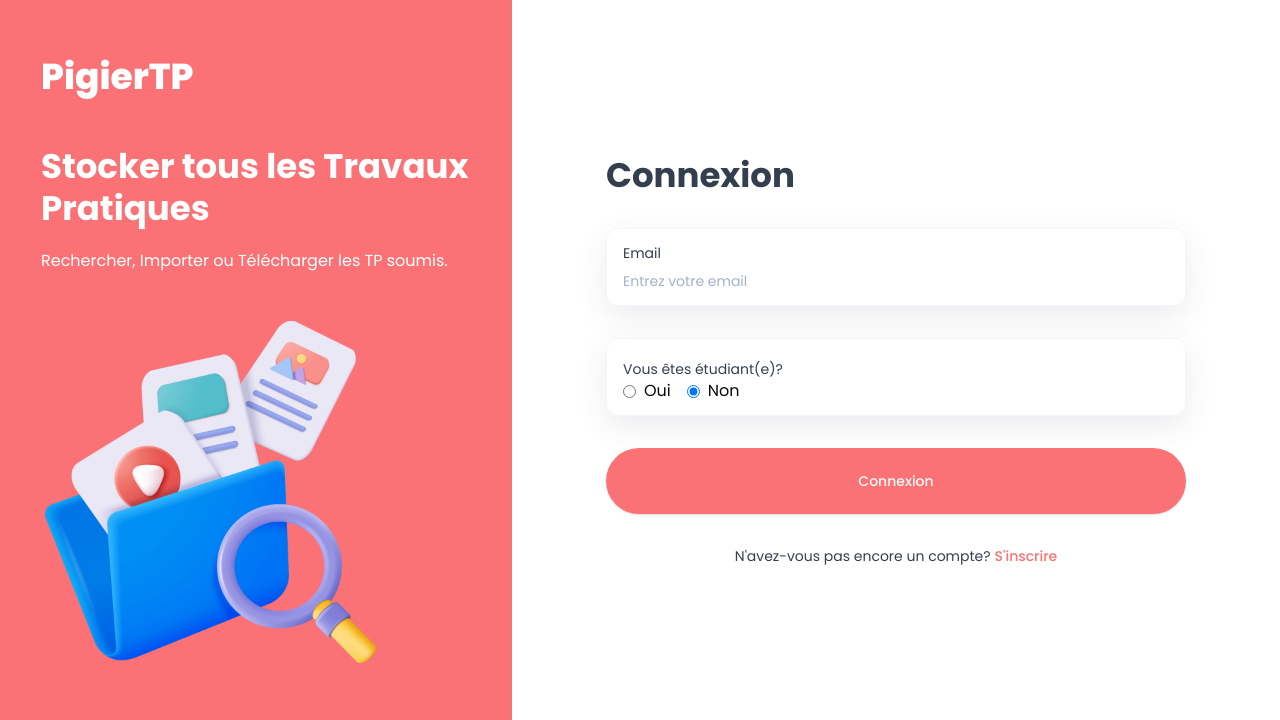
Repository: Tychiq/pigier_tp
Page: /sign-in
These files come from the project's save history. The page is drawn as it stood at one moment and after the next save; the edit follows.
The browser window is 1280 px wide. The pictures show the whole page.
The page's requests for data from a server got no answer. The project was rebuilt for these pictures with package versions that can differ from the ones it lists, and the page was loaded fresh each time. The framework's server and built-in components were replaced by stand-ins that run in the browser. No one was signed in, and anything a server would have sent is missing. Also part of the build but not shown: next.config.ts, components/ui/alert-dialog.tsx, components/ui/input-otp.tsx, components/OTPModal.tsx.

Above is the page before, as saved 2025-05-02 12:05:37.

### app/layout.tsx
import type { Metadata } from "next";
import { Poppins } from 'next/font/google'

import "./globals.css";

const poppins = Poppins({
    subsets: ['latin'],
    weight: ['100', '200', '300', '400', '500', '600', '700', '800', '900'],
    variable: '--font-poppins',
})

export const metadata: Metadata = {
  title: "PigierTP",
  description: "PigierTP - Tous les Travaux Pratiques.",
};

export default function RootLayout({
  children,
}: Readonly<{
  children: React.ReactNode;
}>) {
  return (
    <html lang="en">
      <body
        className={`${poppins.variable} font-poppins antialiased`}
      >
        {children}
      </body>
    </html>
  );
}

### app/(auth)/layout.tsx
import React from "react";
import Image from "next/image";

const Layout = ({ children }: { children: React.ReactNode }) => {
  return (
    <div className="flex min-h-screen">
      <section className="hidden w-1/2 items-center justify-center bg-brand p-10 lg:flex xl:w-2/5">
        <div className="flex max-h-[800px] max-w-[430px] flex-col justify-center space-y-12">
          <p className="text-4xl font-extrabold font-poppins text-white">PigierTP</p>

          <div className="space-y-5 text-white">
            <h1 className="h1">Stocker tous les Travaux Pratiques</h1>
            <p className="body-1">
              Rechercher, Importer ou Télécharger les TP soumis.
            </p>
          </div>
          <Image
            src="/assets/images/files.png"
            alt="Files"
            width={342}
            height={342}
            className="transition-all hover:rotate-2 hover:scale-105"
          />
        </div>
      </section>

      <section className="flex flex-1 flex-col items-center bg-white p-4 py-10 lg:justify-center lg:p-10 lg:py-0">
        <div className="mb-16 lg:hidden">
          <Image
            src="/assets/icons/logo-full-brand.svg"
            alt="logo"
            width={224}
            height={82}
            className="h-auto w-[200px] lg:w-[250px]"
          />
        </div>

        {children}
      </section>
    </div>
  );
};

export default Layout;

### components/AuthForm.tsx
"use client";

import { z } from "zod";
import { zodResolver } from "@hookform/resolvers/zod";
import { useForm } from "react-hook-form";

import { Button } from "@/components/ui/button";
import {
  Form,
  FormControl,
  FormField,
  FormItem,
  FormLabel,
  FormMessage,
} from "@/components/ui/form";
import { Input } from "@/components/ui/input";
import { useState } from "react";
import Image from "next/image";
import Link from "next/link";
import { createAccount, signInUser } from "@/lib/actions/user.actions";
import OtpModal from "@/components/OTPModal";

type FormType = "sign-in" | "sign-up";

const authFormSchema = (formType: FormType) =>
  z.object({
    email: z.string().email(),
    fullName: formType === "sign-up" ? z.string().min(2).max(50) : z.string().optional(),
    isStudent: formType === "sign-up" ? z.boolean() : z.boolean().optional(),
  });



const AuthForm = ({ type }: { type: FormType }) => {
  const [isLoading, setIsLoading] = useState(false);
  const [errorMessage, setErrorMessage] = useState("");
  const [accountId, setAccountId] = useState(null);

  const formSchema = authFormSchema(type);
  const form = useForm<z.infer<typeof formSchema>>({
    resolver: zodResolver(formSchema),
    defaultValues: {
      fullName: "",
      email: "",
      isStudent: false,
    }
  });

  const onSubmit = async (values: z.infer<typeof formSchema>) => {
    setIsLoading(true);
    setErrorMessage("");

    try {
      const user =
        type === "sign-up"
          ? await createAccount({
              fullName: values.fullName || "",
              email: values.email,
            })
          : await signInUser({ email: values.email });

      setAccountId(user.accountId);
    } catch {
      setErrorMessage("Echec lors de la création de compte. Réessayez encore.");
    } finally {
      setIsLoading(false);
    }
  };

  return (
    <>
      <Form {...form}>
        <form onSubmit={form.handleSubmit(onSubmit)} className="auth-form">
          <h1 className="form-title">
            {type === "sign-in" ? "Connexion" : "S'inscrire"}
          </h1>
          {type === "sign-up" && (
            <FormField
              control={form.control}
              name="fullName"
              render={({ field }) => (
                <FormItem>
                  <div className="shad-form-item">
                    <FormLabel className="shad-form-label">Nom Complet</FormLabel>

                    <FormControl>
                      <Input
                        placeholder="Entrez votre nom complet"
                        className="shad-input"
                        {...field}
                      />
                    </FormControl>
                  </div>

                  <FormMessage className="shad-form-message" />
                </FormItem>
              )}
            />
          )}

          <FormField
            control={form.control}
            name="email"
            render={({ field }) => (
              <FormItem>
                <div className="shad-form-item">
                  <FormLabel className="shad-form-label">Email</FormLabel>

                  <FormControl>
                    <Input
                      placeholder="Entrez votre email"
                      className="shad-input"
                      {...field}
                    />
                  </FormControl>
                </div>

                <FormMessage className="shad-form-message" />
              </FormItem>
            )}
          />

<FormField
  control={form.control}
  name="isStudent"
  render={({ field }) => (
    <FormItem>
      <div className="shad-form-item">
        <FormLabel className="shad-form-label">Vous êtes étudiant(e)?</FormLabel>
        <FormControl>
          <div className="flex items-center space-x-4">
            <label className="flex items-center space-x-2">
              <input
                type="radio"
                value="true"
                checked={field.value === true}
                onChange={() => field.onChange(true)}
              />
              <span>Oui</span>
            </label>
            <label className="flex items-center space-x-2">
              <input
                type="radio"
                value="false"
                checked={field.value === false}
                onChange={() => field.onChange(false)}
              />
              <span>Non</span>
            </label>
          </div>
        </FormControl>
      </div>

      <FormMessage className="shad-form-message" />
    </FormItem>
  )}
/>


          <Button
            type="submit"
            className="form-submit-button"
            disabled={isLoading}
          >
            {type === "sign-in" ? "Connexion" : "S'inscrire"}

            {isLoading && (
              <Image
                src="/assets/icons/loader.svg"
                alt="loader"
                width={24}
                height={24}
                className="ml-2 animate-spin"
              />
            )}
          </Button>

          {errorMessage && <p className="error-message">*{errorMessage}</p>}

          <div className="body-2 flex justify-center">
            <p className="text-light-100">
              {type === "sign-in"
                ? "N'avez-vous pas encore un compte?"
                : "Déja enregistré(e)?"}
            </p>
            <Link
              href={type === "sign-in" ? "/sign-up" : "/sign-in"}
              className="ml-1 font-medium text-brand"
            >
              {" "}
              {type === "sign-in" ? "S'inscrire" : "Connexion"}
            </Link>
          </div>
        </form>
      </Form>

      {accountId && (
        <OtpModal email={form.getValues("email")} accountId={accountId}  isStudent={form.getValues("isStudent")} />
      )}
    </>
  );
};

export default AuthForm;

### components/ui/button.tsx
import * as React from "react"
import { Slot } from "@radix-ui/react-slot"
import { cva, type VariantProps } from "class-variance-authority"

import { cn } from "@/lib/utils"

const buttonVariants = cva(
  "inline-flex items-center justify-center gap-2 whitespace-nowrap rounded-md text-sm font-medium transition-colors focus-visible:outline-none focus-visible:ring-1 focus-visible:ring-ring disabled:pointer-events-none disabled:opacity-50 [&_svg]:pointer-events-none [&_svg]:size-4 [&_svg]:shrink-0",
  {
    variants: {
      variant: {
        default:
          "bg-primary text-primary-foreground shadow hover:bg-primary/90",
        destructive:
          "bg-destructive text-destructive-foreground shadow-sm hover:bg-destructive/90",
        outline:
          "border border-input bg-background shadow-sm hover:bg-accent hover:text-accent-foreground",
        secondary:
          "bg-secondary text-secondary-foreground shadow-sm hover:bg-secondary/80",
        ghost: "hover:bg-accent hover:text-accent-foreground",
        link: "text-primary underline-offset-4 hover:underline",
      },
      size: {
        default: "h-9 px-4 py-2",
        sm: "h-8 rounded-md px-3 text-xs",
        lg: "h-10 rounded-md px-8",
        icon: "h-9 w-9",
      },
    },
    defaultVariants: {
      variant: "default",
      size: "default",
    },
  }
)

export interface ButtonProps
  extends React.ButtonHTMLAttributes<HTMLButtonElement>,
    VariantProps<typeof buttonVariants> {
  asChild?: boolean
}

const Button = React.forwardRef<HTMLButtonElement, ButtonProps>(
  ({ className, variant, size, asChild = false, ...props }, ref) => {
    const Comp = asChild ? Slot : "button"
    return (
      <Comp
        className={cn(buttonVariants({ variant, size, className }))}
        ref={ref}
        {...props}
      />
    )
  }
)
Button.displayName = "Button"

export { Button, buttonVariants }

### components/ui/input.tsx
import * as React from "react"

import { cn } from "@/lib/utils"

export interface InputProps
  extends React.InputHTMLAttributes<HTMLInputElement> {}

const Input = React.forwardRef<HTMLInputElement, InputProps>(
  ({ className, type, ...props }, ref) => {
    return (
      <input
        type={type}
        className={cn(
          "flex h-9 w-full rounded-md border border-input bg-transparent px-3 py-1 text-sm shadow-sm transition-colors file:border-0 file:bg-transparent file:text-sm file:font-medium file:text-foreground placeholder:text-muted-foreground focus-visible:outline-none focus-visible:ring-1 focus-visible:ring-ring disabled:cursor-not-allowed disabled:opacity-50",
          className
        )}
        ref={ref}
        {...props}
      />
    )
  }
)
Input.displayName = "Input"

export { Input }

### lib/actions/user.actions.ts
"use server";

import { createAdminClient, createSessionClient } from "@/lib/appwrite";
import { appwriteConfig } from "@/lib/appwrite/config";
import { Query, ID } from "node-appwrite";
import { parseStringify } from "@/lib/utils";
import { cookies } from "next/headers";
import { avatarPlaceholderUrl } from "@/constants";
import { redirect } from "next/navigation";

const getUserByEmail = async (email: string) => {
  const { databases } = await createAdminClient();

  const result = await databases.listDocuments(
    appwriteConfig.databaseId,
    appwriteConfig.usersCollectionId,
    [Query.equal("email", [email])],
  );

  return result.total > 0 ? result.documents[0] : null;
};

const handleError = (error: unknown, message: string) => {
  console.log(error, message);
  throw error;
};

export const sendEmailOTP = async ({ email }: { email: string }) => {
  const { account } = await createAdminClient();

  try {
    const session = await account.createEmailToken(ID.unique(), email);

    return session.userId;
  } catch (error) {
    handleError(error, "Erreur lors de l'envoi de l'OTP");
  }
};

export const createAccount = async ({
  fullName,
  email,
}: {
  fullName: string;
  email: string;
}) => {
  const existingUser = await getUserByEmail(email);

  const accountId = await sendEmailOTP({ email });
  if (!accountId) throw new Error("Erreur lors de l'envoi de l'OTP");

  if (!existingUser) {
    const { databases } = await createAdminClient();

    await databases.createDocument(
      appwriteConfig.databaseId,
      appwriteConfig.usersCollectionId,
      ID.unique(),
      {
        fullName,
        email,
        avatar: avatarPlaceholderUrl,
        accountId,
      },
    );
  }

  return parseStringify({ accountId });
};

export const verifySecret = async ({
  accountId,
  password,
}: {
  accountId: string;
  password: string;
}) => {
  try {
    const { account } = await createAdminClient();

    const session = await account.createSession(accountId, password);

    (await cookies()).set("appwrite-session", session.secret, {
      path: "/",
      httpOnly: true,
      sameSite: "strict",
      secure: true,
    });

    return parseStringify({ sessionId: session.$id });
  } catch (error) {
    handleError(error, "Echec de vérification de l'OTP");
  }
};

export const getCurrentUser = async () => {
  try {
    const { databases, account } = await createSessionClient();

    const result = await account.get();

    const user = await databases.listDocuments(
      appwriteConfig.databaseId,
      appwriteConfig.usersCollectionId,
      [Query.equal("accountId", result.$id)],
    );

    if (user.total <= 0) return null;

    return parseStringify(user.documents[0]);
  } catch (error) {
    console.log(error);
  }
};

export const signOutUser = async () => {
  const { account } = await createSessionClient();

  try {
    await account.deleteSession("current");
    (await cookies()).delete("appwrite-session");
  } catch (error) {
    handleError(error, "Echec lors de la déconnexion");
  } finally {
    redirect("/sign-in");
  }
};

export const signInUser = async ({ email }: { email: string }) => {
  try {
    const existingUser = await getUserByEmail(email);

    // User exists, send OTP
    if (existingUser) {
      await sendEmailOTP({ email });
      return parseStringify({ accountId: existingUser.accountId });
    }

    return parseStringify({ accountId: null, error: "Utilisateur non identifié(e)" });
  } catch (error) {
    handleError(error, "Erreur lors de l'enregistrement de l'utilisateur");
  }
};

### components/ui/label.tsx
"use client"

import * as React from "react"
import * as LabelPrimitive from "@radix-ui/react-label"
import { cva, type VariantProps } from "class-variance-authority"

import { cn } from "@/lib/utils"

const labelVariants = cva(
  "text-sm font-medium leading-none peer-disabled:cursor-not-allowed peer-disabled:opacity-70"
)

const Label = React.forwardRef<
  React.ElementRef<typeof LabelPrimitive.Root>,
  React.ComponentPropsWithoutRef<typeof LabelPrimitive.Root> &
    VariantProps<typeof labelVariants>
>(({ className, ...props }, ref) => (
  <LabelPrimitive.Root
    ref={ref}
    className={cn(labelVariants(), className)}
    {...props}
  />
))
Label.displayName = LabelPrimitive.Root.displayName

export { Label }

### constants/index.ts
export const navItems = [
  {
    name: "Dashboard",
    icon: "/assets/icons/dashboard.svg",
    url: "/",
  },
  {
    name: "Documents",
    icon: "/assets/icons/documents.svg",
    url: "/documents",
  },
  {
    name: "Images",
    icon: "/assets/icons/images.svg",
    url: "/images",
  },
  {
    name: "Médias",
    icon: "/assets/icons/video.svg",
    url: "/media",
  },
  {
    name: "Autres",
    icon: "/assets/icons/others.svg",
    url: "/others",
  },
];

export const actionsDropdownItems = [
  {
    label: "Renommer",
    icon: "/assets/icons/edit.svg",
    value: "renommer",
  },
  {
    label: "Details",
    icon: "/assets/icons/info.svg",
    value: "details",
  },

  {
    label: "Télécharger",
    icon: "/assets/icons/download.svg",
    value: "télécharger",
  },
  {
    label: "Supprimer",
    icon: "/assets/icons/delete.svg",
    value: "supprimer",
  },
];

export const sortTypes = [
  {
    label: "Date de création (plus récente)",
    value: "$createdAt-desc",
  },
  {
    label: "Date de création (plus ancienne",
    value: "$createdAt-asc",
  },
  {
    label: "Nom (A-Z)",
    value: "name-asc",
  },
  {
    label: "Nom (Z-A)",
    value: "name-desc",
  },
  {
    label: "Taille (Plus grande)",
    value: "size-desc",
  },
  {
    label: "Taille (Plus petite)",
    value: "size-asc",
  },
];

export const avatarPlaceholderUrl =
  "https://img.freepik.com/free-psd/3d-illustration-person-with-sunglasses_23-2149436188.jpg";

export const MAX_FILE_SIZE = 50 * 1024 * 1024; // 50MB

### tailwind.config.ts
import type { Config } from "tailwindcss";

const config: Config = {
  darkMode: ["class"],
  content: [
    "./pages/**/*.{js,ts,jsx,tsx,mdx}",
    "./components/**/*.{js,ts,jsx,tsx,mdx}",
    "./app/**/*.{js,ts,jsx,tsx,mdx}",
  ],
  theme: {
  	extend: {
  		colors: {
  			brand: {
  				'100': '#EA6365',
  				DEFAULT: '#FA7275'
  			},
  			red: '#FF7474',
  			error: '#b80000',
  			green: '#3DD9B3',
  			blue: '#56B8FF',
  			pink: '#EEA8FD',
  			orange: '#F9AB72',
  			light: {
  				'100': '#333F4E',
  				'200': '#A3B2C7',
  				'300': '#F2F5F9',
  				'400': '#F2F4F8'
  			},
  			dark: {
  				'100': '#04050C',
  				'200': '#131524'
  			},
  			background: 'hsl(var(--background))',
  			foreground: 'hsl(var(--foreground))',
  			card: {
  				DEFAULT: 'hsl(var(--card))',
  				foreground: 'hsl(var(--card-foreground))'
  			},
  			popover: {
  				DEFAULT: 'hsl(var(--popover))',
  				foreground: 'hsl(var(--popover-foreground))'
  			},
  			primary: {
  				DEFAULT: 'hsl(var(--primary))',
  				foreground: 'hsl(var(--primary-foreground))'
  			},
  			secondary: {
  				DEFAULT: 'hsl(var(--secondary))',
  				foreground: 'hsl(var(--secondary-foreground))'
  			},
  			muted: {
  				DEFAULT: 'hsl(var(--muted))',
  				foreground: 'hsl(var(--muted-foreground))'
  			},
  			accent: {
  				DEFAULT: 'hsl(var(--accent))',
  				foreground: 'hsl(var(--accent-foreground))'
  			},
  			destructive: {
  				DEFAULT: 'hsl(var(--destructive))',
  				foreground: 'hsl(var(--destructive-foreground))'
  			},
  			border: 'hsl(var(--border))',
  			input: 'hsl(var(--input))',
  			ring: 'hsl(var(--ring))',
  			chart: {
  				'1': 'hsl(var(--chart-1))',
  				'2': 'hsl(var(--chart-2))',
  				'3': 'hsl(var(--chart-3))',
  				'4': 'hsl(var(--chart-4))',
  				'5': 'hsl(var(--chart-5))'
  			}
  		},
  		fontFamily: {
  			poppins: ["var(--font-poppins)"]
  		},
  		boxShadow: {
  			'drop-1': '0px 10px 30px 0px rgba(66, 71, 97, 0.1)',
  			'drop-2': '0 8px 30px 0 rgba(65, 89, 214, 0.3)',
  			'drop-3': '0 8px 30px 0 rgba(65, 89, 214, 0.1)'
  		},
  		borderRadius: {
  			lg: 'var(--radius)',
  			md: 'calc(var(--radius) - 2px)',
  			sm: 'calc(var(--radius) - 4px)'
  		},
  		keyframes: {
  			'caret-blink': {
  				'0%,70%,100%': {
  					opacity: '1'
  				},
  				'20%,50%': {
  					opacity: '0'
  				}
  			}
  		},
  		animation: {
  			'caret-blink': 'caret-blink 1.25s ease-out infinite'
  		}
  	}
  },
  // eslint-disable-next-line @typescript-eslint/no-require-imports
  plugins: [require("tailwindcss-animate")],
};
export default config;

Loaded but not shown: app/(auth)/sign-in/page.tsx (common file); app/globals.css (common file); lib/appwrite/index.ts (common file); lib/appwrite/config.ts (common file); lib/utils.ts (236 lines, source omitted); components/ui/form.tsx (178 lines, source omitted)

After the next save:
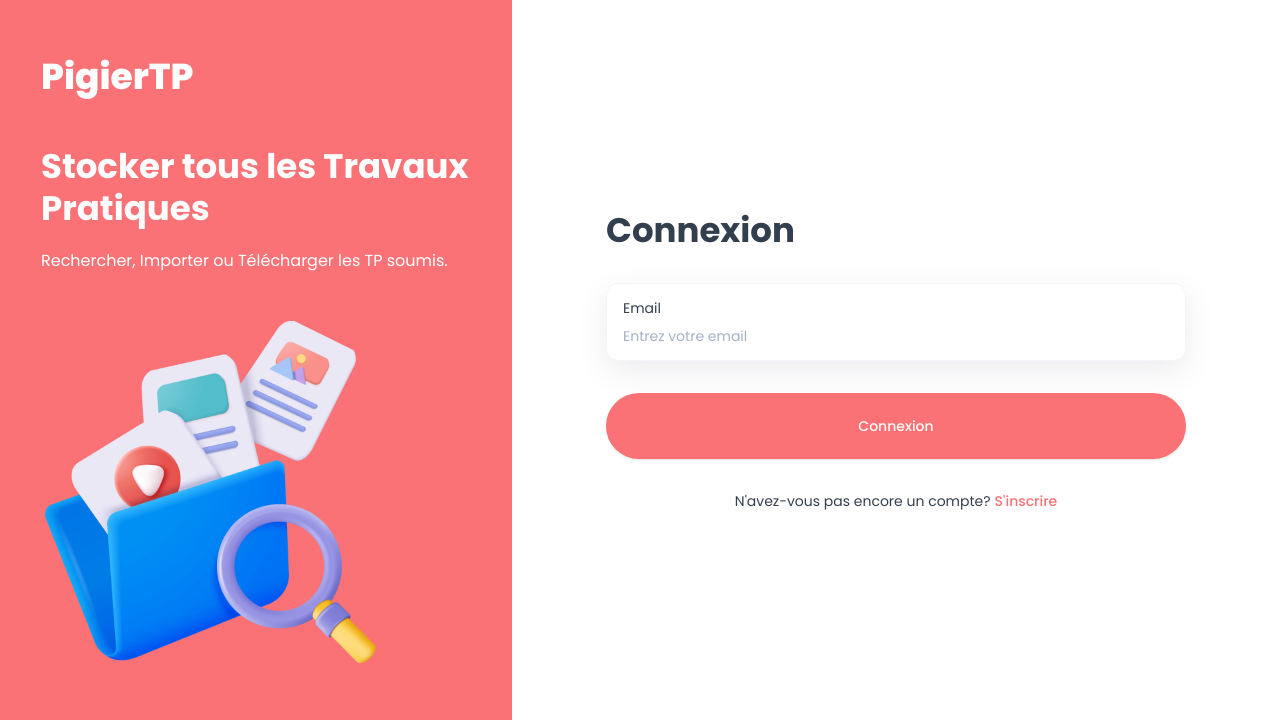
Saved 2 min 17 s later.
--- a/components/AuthForm.tsx
+++ b/components/AuthForm.tsx
@@ -120,41 +120,42 @@ const AuthForm = ({ type }: { type: FormType }) => {
             )}
           />
 
-<FormField
-  control={form.control}
-  name="isStudent"
-  render={({ field }) => (
-    <FormItem>
-      <div className="shad-form-item">
-        <FormLabel className="shad-form-label">Vous êtes étudiant(e)?</FormLabel>
-        <FormControl>
-          <div className="flex items-center space-x-4">
-            <label className="flex items-center space-x-2">
-              <input
-                type="radio"
-                value="true"
-                checked={field.value === true}
-                onChange={() => field.onChange(true)}
+            {type === "sign-up" && (
+              <FormField
+                control={form.control}
+                name="isStudent"
+                render={({ field }) => (
+                  <FormItem>
+        <div className="shad-form-item">
+                      <FormLabel className="shad-form-label">Vous êtes étudiant(e)?</FormLabel>
+                      <FormControl>
+                        <div className="flex items-center space-x-4">
+                          <label className="flex items-center space-x-2">
+                            <input
+                              type="radio"
+                              value="true"
+                              checked={field.value === true}
+                              onChange={() => field.onChange(true)}
+                            />
+                            <span>Oui</span>
+                          </label>
+                          <label className="flex items-center space-x-2">
+                            <input
+                              type="radio"
+                              value="false"
+                              checked={field.value === false}
+                              onChange={() => field.onChange(false)}
+                            />
+                            <span>Non</span>
+                          </label>
+                        </div>
+                      </FormControl>
+                    </div>
+                    <FormMessage className="shad-form-message" />
+                  </FormItem>
+                )}
               />
-              <span>Oui</span>
-            </label>
-            <label className="flex items-center space-x-2">
-              <input
-                type="radio"
-                value="false"
-                checked={field.value === false}
-                onChange={() => field.onChange(false)}
-              />
-              <span>Non</span>
-            </label>
-          </div>
-        </FormControl>
-      </div>
-
-      <FormMessage className="shad-form-message" />
-    </FormItem>
-  )}
-/>
+            )}
 
 
           <Button
